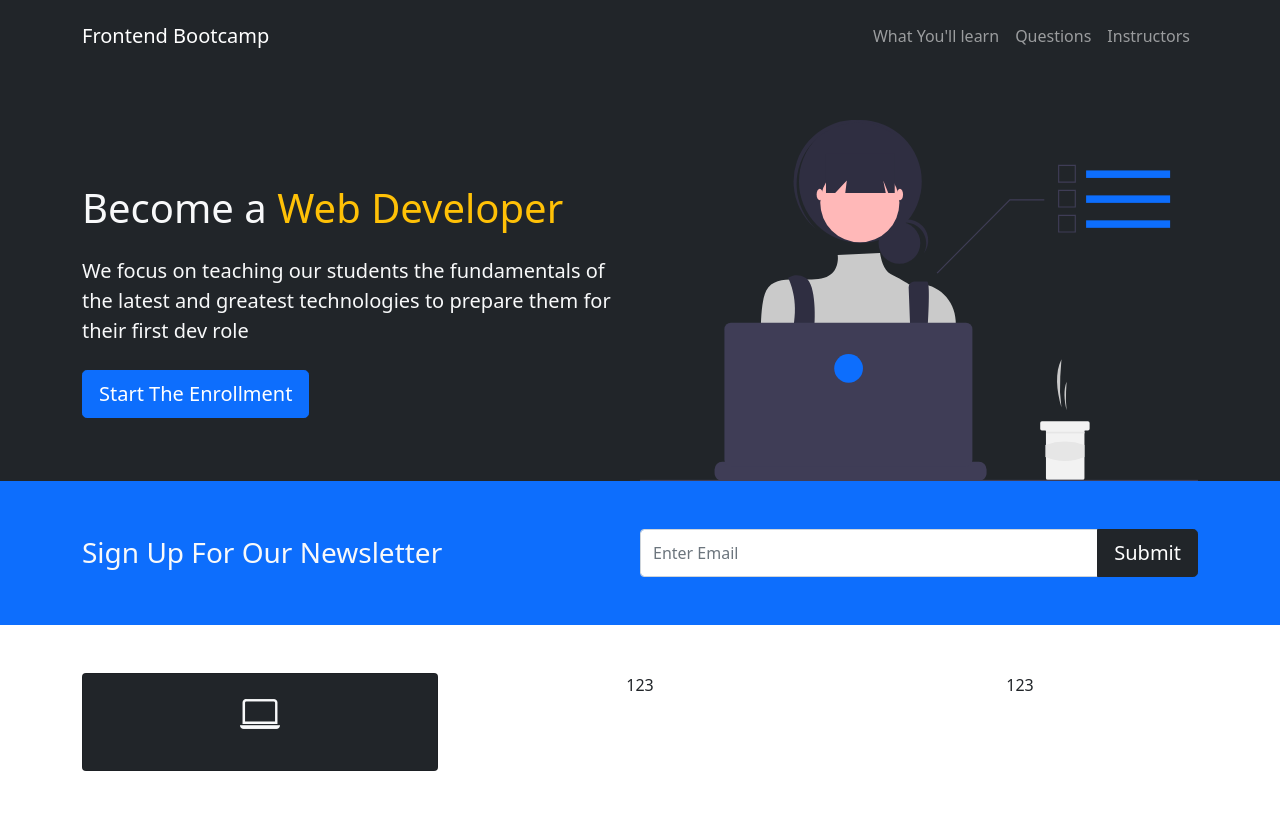
Repository: Marhamat92/Bootstrap5-Responsive-Website-
Page: index.html
These files come from the project's save history. The page is drawn as it stood at one moment and after the next save; the edit follows.
The browser window is 1280 px wide. The pictures show the whole page.
Some web libraries are served in a nearby version.

Above is the page before, as saved 2021-09-18 17:15:25.

### index.html
<!DOCTYPE html>
<html lang="en">

<head>
    <meta charset="UTF-8">
    <meta http-equiv="X-UA-Compatible" content="IE=edge">
    <meta name="viewport" content="width=device-width, initial-scale=1.0">
    <link href="https://cdn.jsdelivr.net/npm/bootstrap@5.0.2/dist/css/bootstrap.min.css" rel="stylesheet"
        integrity="sha384-EVSTQN3/azprG1Anm3QDgpJLIm9Nao0Yz1ztcQTwFspd3yD65VohhpuuCOmLASjC" crossorigin="anonymous">
    <link rel="stylesheet" href="https://cdn.jsdelivr.net/npm/bootstrap-icons@1.3.0/font/bootstrap-icons.css">
    <link rel="stylesheet" href="style.css">
    <title>Frontend Bootcamp</title>

</head>

<body>
    <!--Navbar-->
    <nav class="navbar navbar-expand-lg bg-dark navbar-dark py-3">
        <div class="container">
            <a href="#" class="navbar-brand">Frontend Bootcamp</a>
            <button class="navbar-toggler" type="button" data-bs-toggle="collapse" data-bs-target="#navmenu">
                <span class="navbar-toggler-icon"></span>
            </button>
            <div class="collapse navbar-collapse" id="navmenu">
                <ul class="navbar-nav ms-auto">
                    <li class="nav-item">
                        <a href="#learn" class="nav-link">What You'll learn</a>
                    </li>
                    <li class="nav-item">
                        <a href="#questions" class="nav-link">Questions</a>
                    </li>
                    <li class="nav-item">
                        <a href="#instructors" class="nav-link">Instructors</a>
                    </li>
                </ul>
            </div>
        </div>
    </nav>

    <!--Showcase-->

    <section class="bg-dark text-light p-5 p-lg-0 pt-lg-5 text-center text-sm-start">
        <div class="container">
            <div class="d-sm-flex align-items-center justify-content-between">
                <div>
                    <h1>Become a <span class="text-warning">Web Developer</span> </h1>
                    <p class="lead my-4">We focus on teaching our students the fundamentals of the latest and
                        greatest technologies to prepare them for their first dev role
                    </p>
                    <button class="btn btn-primary btn-lg">Start The Enrollment</button>
                </div>
                <img class="img-fluid w-50 d-none d-sm-block" src="img/showcase.svg" alt="showcase">
            </div>
        </div>
    </section>


    <!--Newsletter-->
    <section class=" bg-primary text-light p-5">
        <div class="container">
            <div class="d-md-flex justify-content-between align-items-center">
                <h3 class="mb-3 mb-md-0">Sign Up For Our Newsletter</h3>
                <div class="input-group news-input">
                    <input type="text" class="form-control" placeholder="Enter Email">
                    <button class="btn btn-dark btn-lg" type="button">Submit</button>
                </div>

            </div>
        </div>
    </section>

    <!--Boxes-->
    <section class="p-5">
        <div class="container">
            <div class="row text-center">
                <div class="col-md">
                    <div class="card bg-dark text-light">
                        <div class="card-body text-center">
                            <div class="h1 mb-3"><i class="bi bi-laptop"></i>
                            </div>
                            <h3 class="title"></h3>
                        </div>
                    </div>
                </div>
                <div class="col-md">123</div>
                <div class="col-md">123</div>
            </div>
        </div>
    </section>






















    <script src="https://cdn.jsdelivr.net/npm/bootstrap@5.0.2/dist/js/bootstrap.bundle.min.js"
        integrity="sha384-MrcW6ZMFYlzcLA8Nl+NtUVF0sA7MsXsP1UyJoMp4YLEuNSfAP+JcXn/tWtIaxVXM" crossorigin="anonymous">
    </script>
</body>

</html>

### style.css
@media (min-width:768px) {
    .news-input{
        width:50%;
    }
}

After the next save:
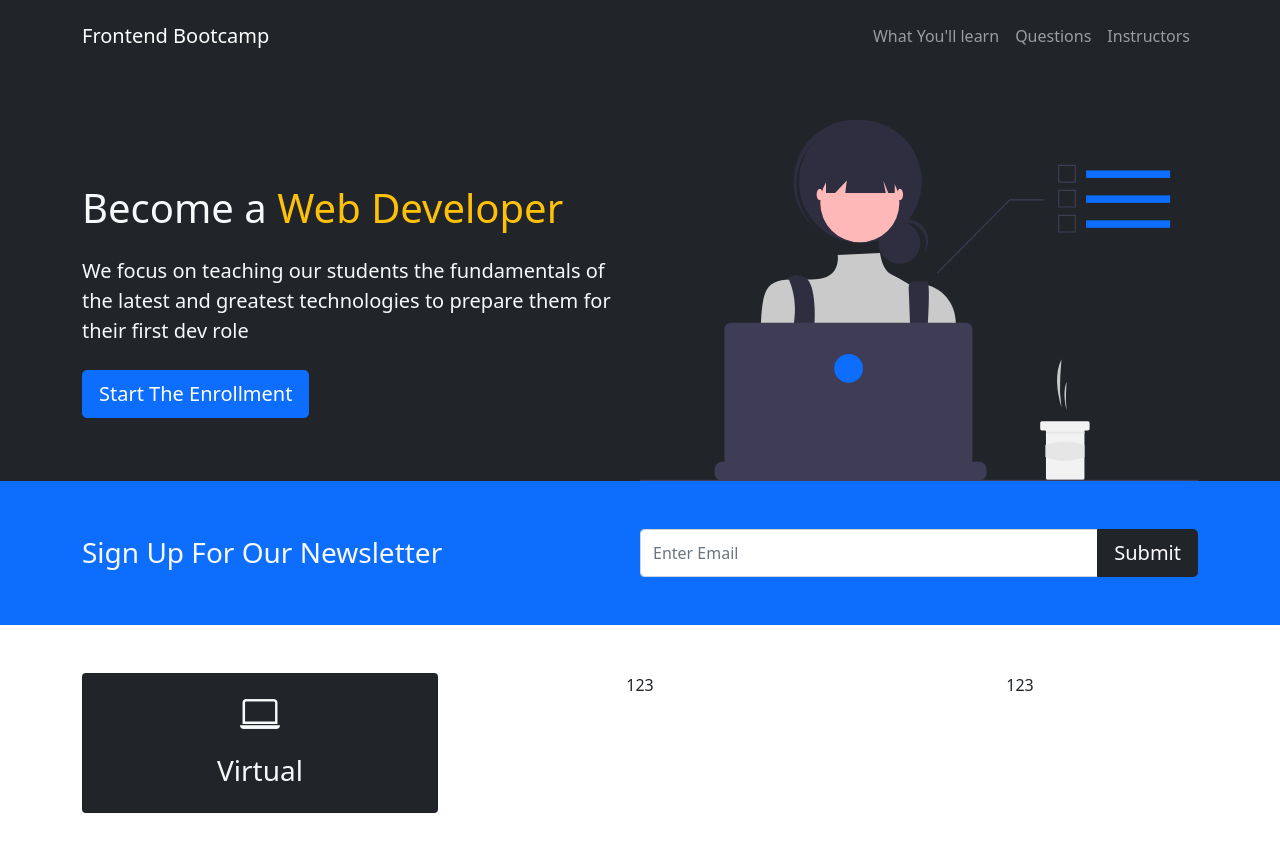
Saved 6 s later.
--- a/index.html
+++ b/index.html
@@ -78,7 +78,7 @@
                         <div class="card-body text-center">
                             <div class="h1 mb-3"><i class="bi bi-laptop"></i>
                             </div>
-                            <h3 class="title"></h3>
+                            <h3 class="title">Virtual</h3>
                         </div>
                     </div>
                 </div>
